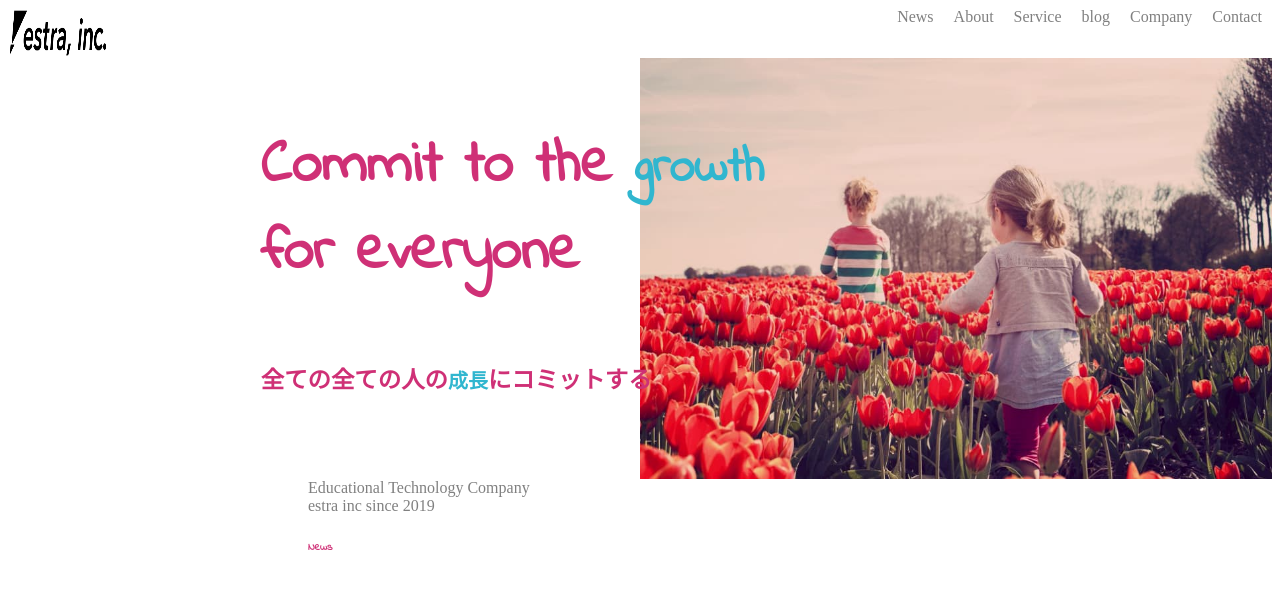
Repository: sigemasaasuka/20210902
Page: index.html
An editor plug-in stored every save of this project. The page is shown before and after a run of saves, followed by the edit.
The browser window is 1280 px wide. The pictures show the whole page.

Above is the page before, as saved 2021-09-08 17:35:43.

### index.html
<!DOCTYPE html>
<html lang="ja">

<head>
  <meta charset="UTF-8">
  <meta name="viewport" content="width=device-width, initial-scale=1.0">
  <title>Document</title>
  <link rel="stylesheet" href="css/style.css">
  <link rel="preconnect" href="https://fonts.googleapis.com">
  <link rel="preconnect" href="https://fonts.gstatic.com" crossorigin>
  <link href="https://fonts.googleapis.com/css2?family=Indie+Flower&display=swap" rel="stylesheet">
</head>

<body>
  <div class="flex">
    <img src="img/img/estra_logo.png" alt="estra_logo" width="100px" height="50px">
    <div class="parent">
      <div class="child">News</div>
      <div class="child">About</div>
      <div class="child">Service</div>
      <div class="child">blog</div>
      <div class="child">Company</div>
      <div class="child">Contact</div>

    </div>
  </div>
  <div class="relative">
    <img class="relative__img" src="img/img/firstview.jpg" alt="firstview">
    <div class="example">
      <h1>Commit to the <span class="document"> growth</span> <br>for everyone</h1>
      <div class="example-txt">
        <h3>全ての全ての人の<span class="document-txt">成長</span>にコミットする</h3>
      </div>
    </div>
    <p class="subtitle">Educational Technology Company<br>estra inc since 2019</p>
    <div class="smlltitle">
    <h6>News</h6>
    </div>
   </div>
　</div>

</body>

</html>

### css/style.css
.img {
  text-align: left;
}

.parent {
  display: flex;
  text-align: right;
  color: gray;
}

.child {
  margin: 0 10px;
}
.flex {
  display: flex;
  justify-content: space-between;
}

.relative {
  position: relative;
}

.relative__img {
  margin: 0 0 0 auto;
  display: block;
  width: 50%;
}

.example {
  position: absolute;
  top: 5%;
  left: 20%;
  font-size: 30px;
  color: #cf3076;
  font-family: "Indie Flower", cursive;
}

.document {
  top: 5%;
  left: 10%;
  font-size: 50px;
  color: #30b6cf;
  font-family: "Indie Flower", cursive;
}

.example-txt {
  position: absolute;
  top: 100%;
  left: 0%;
  font-size: 20px;
  color: #cf3076;
  font-family: "Indie Flower", cursive;
}

.document-txt {
  top: 100%;
  left: 0%;
  font-size: 20px;
  color: #30b6cf;
  font-family: "Indie Flower", cursive;
}

.subtitle {
  margin: 0px 300px;
  color: gray;
}

.smlltitle {
  color: #cf3076;
  font-family: "Indie Flower", cursive;
  margin-left: 300px;
}

After the next 2 saves:
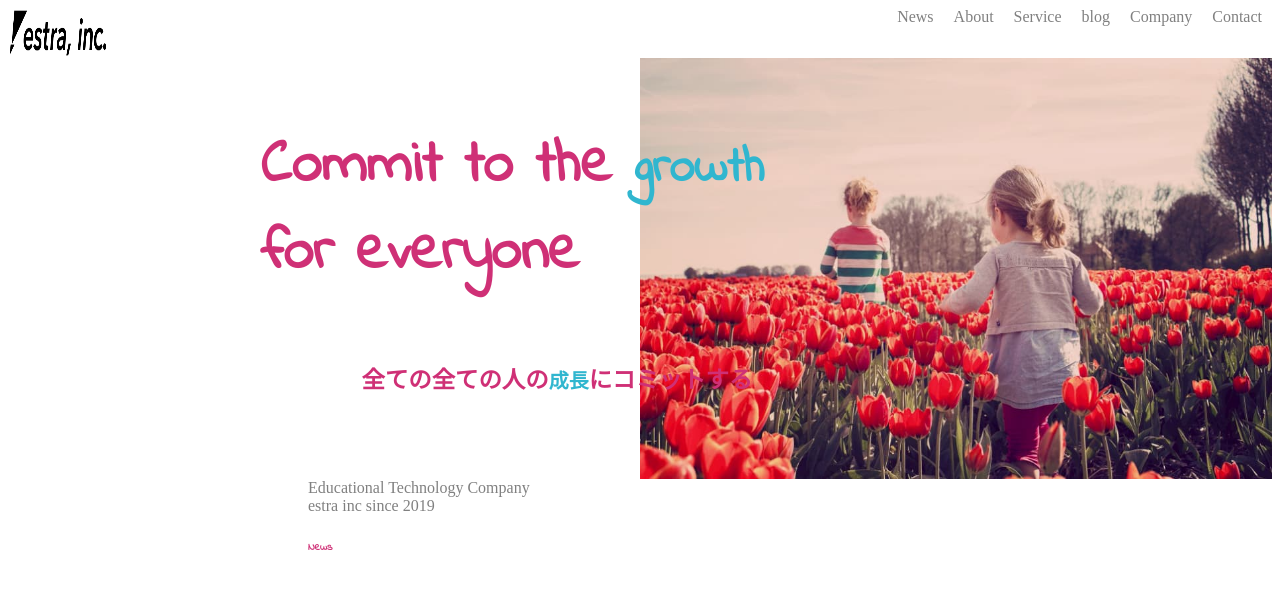
The 2 saves are shown as one change because they came seconds apart.
The last was saved 30 s later.
--- a/css/style.css
+++ b/css/style.css
@@ -46,7 +46,7 @@
 .example-txt {
   position: absolute;
   top: 100%;
-  left: 0%;
+  left: 20%;
   font-size: 20px;
   color: #cf3076;
   font-family: "Indie Flower", cursive;
